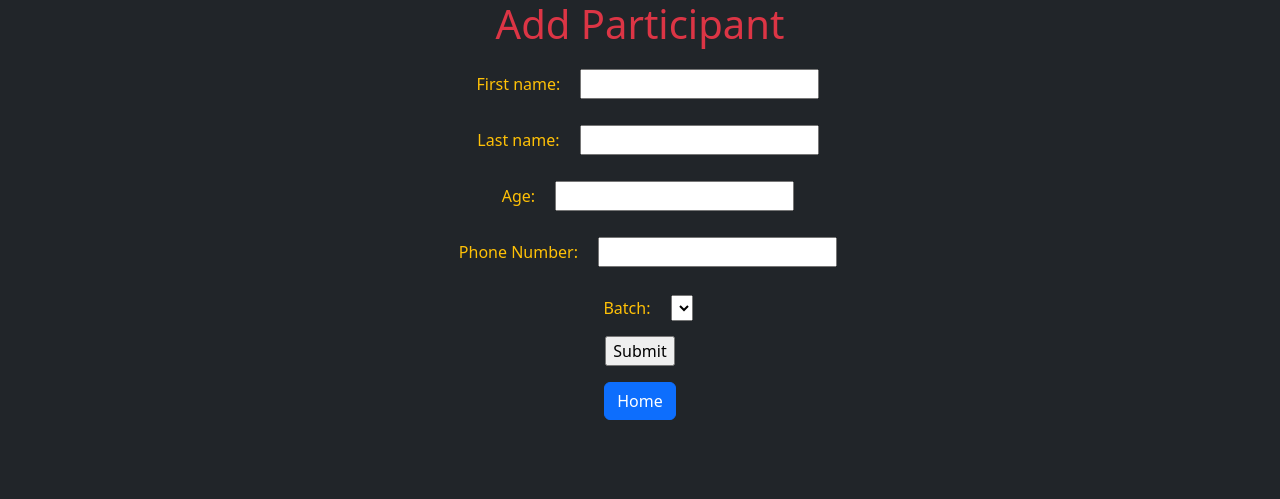
Repository: Jannis-Buschhaus/simplilearn-assessment-phase2
Page: http://localhost/FunfitWebapp/ParticipantsController?target=addParticipant
These files come from the project's save history. The page is drawn as it stood at one moment and after the next save; the edit follows.
The browser window is 1280 px wide. The pictures show the whole page.
The page is served by Tomcat 9. Other server files are loaded and not shown. Queries for data that is not in the repository find no rows.

Above is the page before, as saved 2024-05-30 14:43:24.

### FunfitWebapp/src/main/webapp/addParticipant.jsp
<%@ page language="java" contentType="text/html; charset=UTF-8"
    pageEncoding="UTF-8"%>
    <%@ taglib prefix="c" uri="http://java.sun.com/jsp/jstl/core" %>
<!DOCTYPE html>
<html>
<head>
<meta charset="UTF-8">
<title>Add Participant</title>
<link href="https://cdn.jsdelivr.net/npm/bootstrap@5.3.3/dist/css/bootstrap.min.css" rel="stylesheet" integrity="sha384-QWTKZyjpPEjISv5WaRU9OFeRpok6YctnYmDr5pNlyT2bRjXh0JMhjY6hW+ALEwIH" crossorigin="anonymous">
</head>
<body class="bg-dark">
	<div class="text-center">
		<h1 class="text-danger">Add Participant</h1>
		<form action="ParticipantsController" method="post">
			<label class="text-warning m-3" for="fname">First name:</label>
				<input type="text" name="fname" /><br />
			<label class="text-warning m-3" for="lname">Last name:</label>
				<input type="text" name="lname" /><br />
			<label class="text-warning m-3" for="age">Age:</label>
				<input type="number" name="age" /><br />
			<label class="text-warning m-3" for="phoneNumber">Phone Number:</label>
				<input type="text" name="phoneNumber" /><br />
			<label class="text-warning m-3" for="batchId">Batch:</label>
				<select name="batchId">
					<c:forEach var="batch" items="${ sessionScope.batch }">
						<option value="${ batch.getBatchId() }">${ batch.getTypeOfBatch() } ${ batch.getTime() }</option>
					</c:forEach>
				</select><br />
			<input type="submit" value="Submit" />
		</form>
		<a  class="btn btn-primary m-3" href="index.jsp">Home</a>
	</div>
</body>
</html>

### FunfitWebapp/src/main/java/com/funfit/controller/ParticipantsController.java
package com.funfit.controller;

import java.io.IOException;
import java.io.PrintWriter;
import java.util.List;

import javax.servlet.RequestDispatcher;
import javax.servlet.ServletException;
import javax.servlet.annotation.WebServlet;
import javax.servlet.http.HttpServlet;
import javax.servlet.http.HttpServletRequest;
import javax.servlet.http.HttpServletResponse;
import javax.servlet.http.HttpSession;

import com.funfit.bean.Batch;
import com.funfit.bean.Participants;
import com.funfit.service.BatchService;
import com.funfit.service.ParticipantsService;

@WebServlet("/ParticipantsController")
public class ParticipantsController extends HttpServlet {
	private static final long serialVersionUID = 1L;

    public ParticipantsController() {
        super();
    }

	protected void doGet(HttpServletRequest request, HttpServletResponse response) throws ServletException, IOException {
		HttpSession hs = request.getSession();
		List<Batch> lb = BatchService.getBatch();
		hs.setAttribute("batch", lb);
		if(request.getParameter("target").equals("addParticipant")) {
			RequestDispatcher rd = request.getRequestDispatcher("addParticipant.jsp");
			rd.forward(request, response);
		}
		else {
			RequestDispatcher rd = request.getRequestDispatcher("viewParticipants.jsp");
			List<Participants> lp = ParticipantsService.getParticipants();
			hs.setAttribute("participants", lp);
			rd.forward(request, response);
		}
	}

	protected void doPost(HttpServletRequest request, HttpServletResponse response) throws ServletException, IOException {
		PrintWriter pw = response.getWriter();

		List<Batch> lb = BatchService.getBatch();
		HttpSession hs = request.getSession();
		hs.setAttribute("batch", lb);

		Participants p = new Participants();
		p.setFname(request.getParameter("fname"));
		p.setLname(request.getParameter("lname"));
		p.setAge(Integer.parseInt(request.getParameter("age")));
		p.setPhoneNumer(request.getParameter("phoneNumber"));
		p.setBatchId(Integer.parseInt(request.getParameter("batchId")));

		response.setContentType("text/html");

		if(request.getParameter("update") != null) {
			p.setPartId(Integer.parseInt(request.getParameter("partId")));
			List<Participants> lp = ParticipantsService.updateParticipant(p);
			if(lp != null) {
				hs.setAttribute("participants", lp);
				pw.println("Participant updated successfully");
			} else {
				pw.println("Participant update unsuccessful");
			}
			RequestDispatcher rd = request.getRequestDispatcher("viewParticipants.jsp");
			rd.include(request, response);
		} else {
			pw.println(ParticipantsService.addParticipant(p));
			RequestDispatcher rd = request.getRequestDispatcher("addParticipant.jsp");
			rd.include(request, response);
		}
	}

	@Override
	protected void doPut(HttpServletRequest req, HttpServletResponse resp) throws ServletException, IOException {
		System.out.println("doPut() called");
	}

	@Override
	protected void doDelete(HttpServletRequest req, HttpServletResponse resp) throws ServletException, IOException {
		int partId = Integer.parseInt(req.getParameter("id"));
		PrintWriter pw = resp.getWriter();
		RequestDispatcher rd = req.getRequestDispatcher("viewParticipants.jsp");
		resp.setContentType("text/html");
		pw.println(ParticipantsService.deleteParticipant(partId));
		rd.include(req, resp);
	}
}

### FunfitWebapp/src/main/java/com/funfit/service/BatchService.java
package com.funfit.service;

import java.util.List;

import com.funfit.bean.Batch;
import com.funfit.dao.BatchDao;

public class BatchService {
	public static String addBatch(Batch batch) {
		if(BatchDao.addBatch(batch) > 0) {
			return "Batch details added.";
		} else {
			return "Batch details were not added.";
		}
	}

	public static List<Batch> getBatch(){
		return BatchDao.getBatch();
	}

	public static String deleteBatch(int batchId) {
		if(BatchDao.deleteBatch(batchId) > 0) {
			return "Batch "+batchId+"deleted successfully";
		} else {
			return "Unable to delete batchID: "+batchId;
		}
	}

	public static List<Batch> updateBatch(Batch b) {
		List<Batch> lb = BatchDao.updateBatch(b);
		if(lb != null) {
			return lb;
		} else {
			return null;
		}
	}
}

### FunfitWebapp/src/main/java/com/funfit/dao/BatchDao.java
package com.funfit.dao;

import java.sql.Connection;
import java.sql.PreparedStatement;
import java.sql.ResultSet;
import java.util.ArrayList;
import java.util.List;

import com.funfit.bean.Batch;
import com.funfit.resource.DbResource;

public class BatchDao {

		public static int addBatch (Batch batch) {
			try {
				Connection con = DbResource.getConnection();
				PreparedStatement pstmt = con.prepareStatement("insert into batch values(null, ?, ?);");
				pstmt.setString(1, batch.getTypeOfBatch());
				pstmt.setString(2, batch.getTime());
				return pstmt.executeUpdate();
			} catch (Exception e) {
				System.err.println(e.getMessage());
				return 0;
			}
		}
		public static List<Batch> getBatch(){
			try {
				List<Batch> lb = new ArrayList();
				Connection con = DbResource.getConnection();
				PreparedStatement pstmt = con.prepareStatement("select * from batch;");
				ResultSet rs = pstmt.executeQuery();
				while(rs.next()) {
					Batch b = new Batch();
					b.setBatchId(rs.getInt(1));
					b.setTypeOfBatch(rs.getString(2));
					b.setTime(rs.getString(3));
					lb.add(b);
				}
				return lb;
			} catch (Exception e) {
				System.err.println(e.getMessage());
				return null;
			}
		}
		public static int deleteBatch(int batchId) {
			try {
				Connection con = DbResource.getConnection();
				PreparedStatement pstmt = con.prepareStatement("delete from batch where batchId=?;");
				pstmt.setInt(1, batchId);
				return pstmt.executeUpdate();
			} catch (Exception e) {
				return 0;
			}

		}

		public static List<Batch> updateBatch(Batch b) {
			try {
				Connection con = DbResource.getConnection();
				PreparedStatement pstmt = con.prepareStatement("update batch set typeOfBatch=?, time=? where batchId=?;");
				pstmt.setString(1, b.getTypeOfBatch());
				pstmt.setString(2, b.getTime());
				pstmt.setInt(3, b.getBatchId());
				int result = pstmt.executeUpdate();
				if (result > 0) {
					List<Batch> lb = new ArrayList();
					PreparedStatement pstmt2 = con.prepareStatement("select * from batch;");
					ResultSet rs = pstmt2.executeQuery();
					while(rs.next()) {
						Batch bb = new Batch();
						bb.setBatchId(rs.getInt(1));
						bb.setTypeOfBatch(rs.getString(2));
						bb.setTime(rs.getString(3));
						lb.add(bb);
					}
					return lb;
				} else {
					return null;
				}
			} catch (Exception e) {
				return null;
			}
		}
}

### FunfitWebapp/src/main/java/com/funfit/resource/DbResource.java
package com.funfit.resource;

import java.sql.Connection;
import java.sql.DriverManager;

public class DbResource {
	public static Connection getConnection () {
		try {
			Class.forName("com.mysql.cj.jdbc.Driver");
			Connection con = DriverManager.getConnection("jdbc:mysql://10.99.0.2:3306/funfit_db", "remoteUser", "my_password");
			return con;
		} catch (Exception e) {
			System.err.println(e.getMessage());
			return null;
		}
	}
}

After the next save:
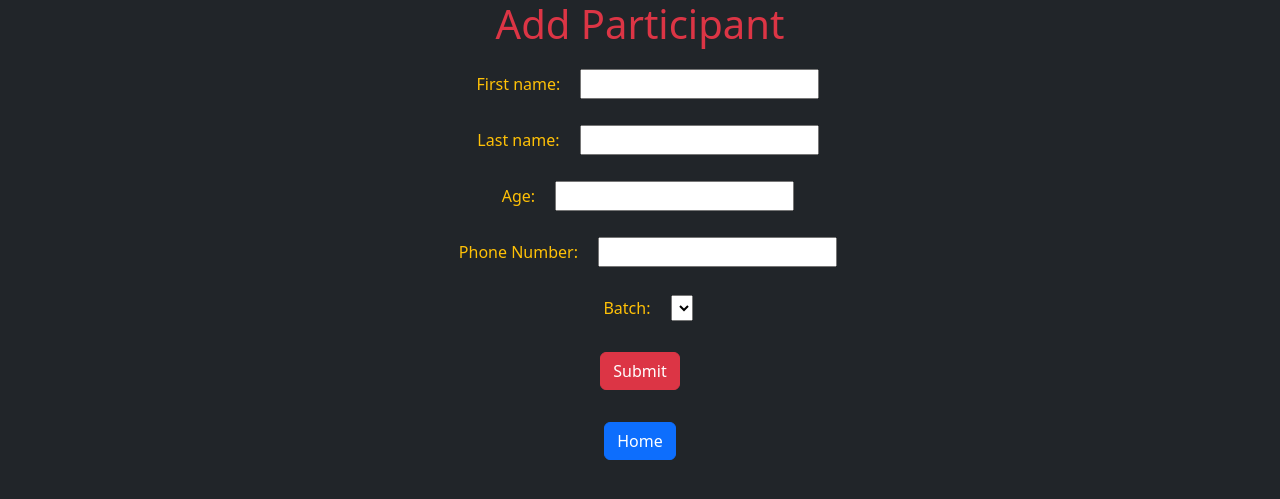
Saved 15 s later.
--- a/FunfitWebapp/src/main/webapp/addParticipant.jsp
+++ b/FunfitWebapp/src/main/webapp/addParticipant.jsp
@@ -8,7 +8,7 @@
 <title>Add Participant</title>
 <link href="https://cdn.jsdelivr.net/npm/bootstrap@5.3.3/dist/css/bootstrap.min.css" rel="stylesheet" integrity="sha384-QWTKZyjpPEjISv5WaRU9OFeRpok6YctnYmDr5pNlyT2bRjXh0JMhjY6hW+ALEwIH" crossorigin="anonymous">
 </head>
-<body class="bg-dark">
+<body class="bg-dark text-danger">
 	<div class="text-center">
 		<h1 class="text-danger">Add Participant</h1>
 		<form action="ParticipantsController" method="post">
@@ -26,7 +26,7 @@
 						<option value="${ batch.getBatchId() }">${ batch.getTypeOfBatch() } ${ batch.getTime() }</option>
 					</c:forEach>
 				</select><br />
-			<input type="submit" value="Submit" />
+			<input class="m-3 btn btn-danger" type="submit" value="Submit" />
 		</form>
 		<a  class="btn btn-primary m-3" href="index.jsp">Home</a>
 	</div>
